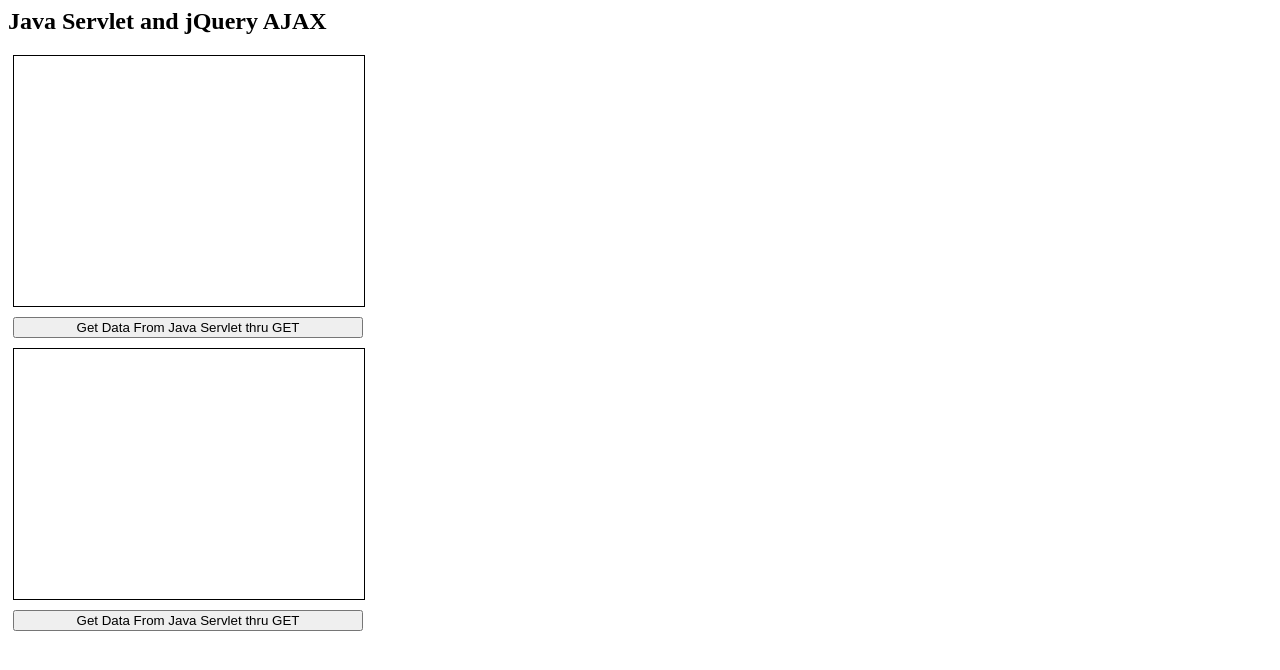
Repository: joliest/MyGits
Page: Java/Project_JIRA/JavaServletAndAJAX/WebContent/AJAXJava.html
The author's editor kept a copy of each file at every save. The page is drawn from the files as they stood at one save, then again after the next save.
The browser window is 1280 px wide. The pictures show the whole page.
Some web libraries are served in a nearby version.

Above is the page before, as saved 2017-09-07 13:59:13.

After the next save:
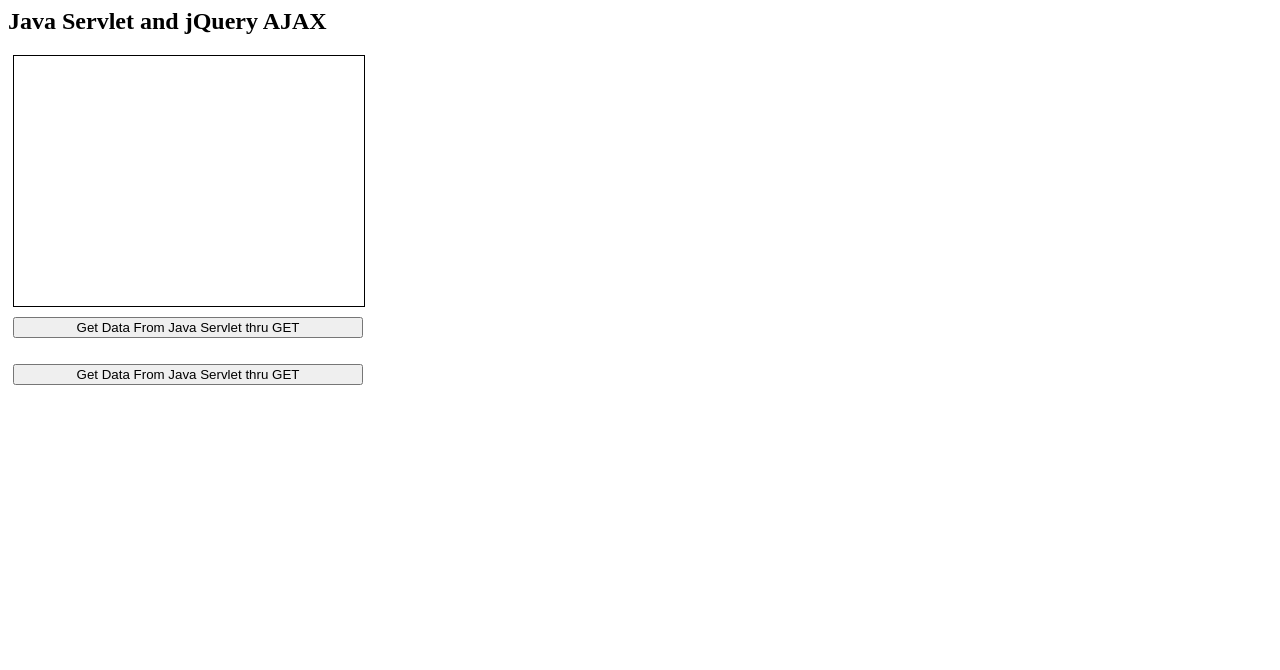
Saved 4 s later.
--- a/Java/Project_JIRA/JavaServletAndAJAX/WebContent/AJAXJava.html
+++ b/Java/Project_JIRA/JavaServletAndAJAX/WebContent/AJAXJava.html
@@ -31,8 +31,8 @@
 			<p id="p1"></p>
 		</div>
 		<button type="button" id="btn">Get Data From Java Servlet thru GET</button>
-		<div id="div1">
-			<p id="p1"></p>
+		<div id="div2">
+			<p id="p2"></p>
 		</div>
 		<button type="button" id="btn">Get Data From Java Servlet thru GET</button>
 	</body>
